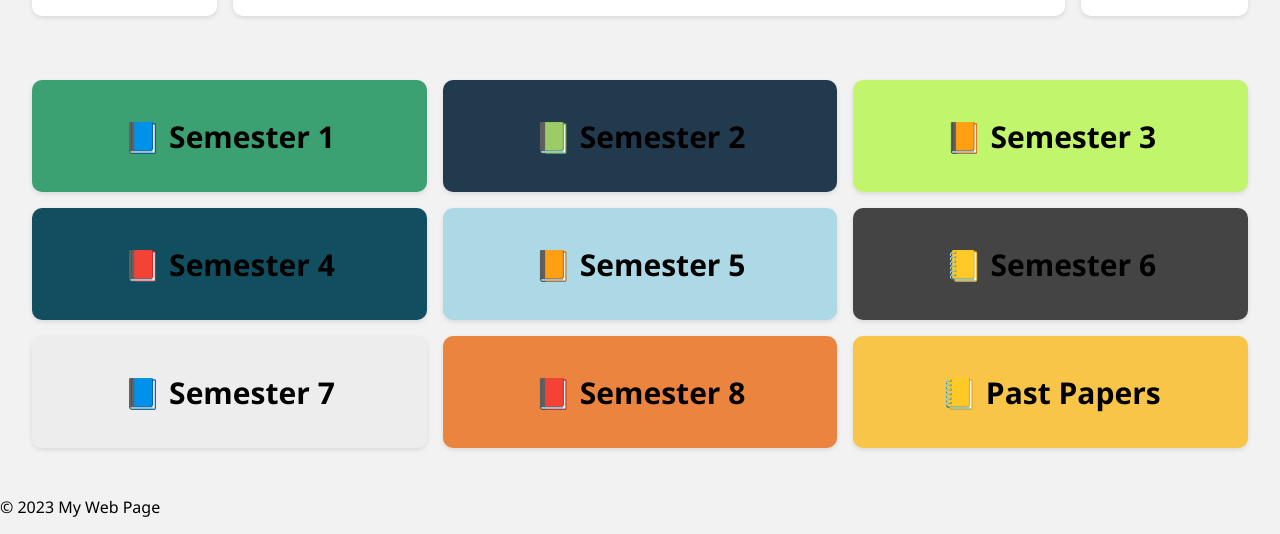
Repository: MariamSawera/eduNova
Page: index.html
The author's editor kept a copy of each file at every save. The page is drawn from the files as they stood at one save, then again after the next save.
The browser window is 1280 px wide. The pictures show the part of the page from y = 1042 to 1576 px (the page is 1576 px tall).

Above is the page before, as saved 2025-07-21 20:17:25.

### index.html
<html>
<head>
    <title>My Web Page</title>
    <meta charset="UTF-8">
    <meta name="viewport" content="width=device-width, initial-scale=1.0">
    <link rel="stylesheet" href="styles.css">
    <script src="script.js"></script>

</head>
<body>
  <nav>
    <div class="logo">ClassHub</div>
    <ul>
      <li><a href="index.html">Home</a></li>
      <!-- <li><a href="#">Semesters</a></li> -->
      <li><a href="#">Subjects</a></li>
      <li><a href="#">Books</a></li>
      <li><a href="#">Resources</a></li>
      <li><a href="#">Assignments</a></li>
      <li><a href="#">Events</a></li>
      <li><a href="#">Contact</a></li>
      <!-- <li><a href="#">Announcements</a></li> -->
      <li><a href="#">Login</a></li>
    </ul>
  </nav>

  <!-- Hero Section -->
  <div class="hero">
    <h1 id="welcome">Hello, Guest 👋</h1>
    <input type="text" id="nameInput" placeholder="Enter your name" oninput="updateName()" />
  </div>

  <!-- Dashboard Section -->
  <div class="dashboard">
    <!-- Announcements -->
    <div class="card">
      <h3>📢 Announcements</h3>
      <ul>
        <li>Assignment Web development due 31 July</li>
        <li>Classes starting from 15 Aug</li>
        <li>Movie Day at University Oct 15</li>
      </ul>
    </div>

    <!-- Calendar -->
    <div class="card">
      <h3>📅 Calendar</h3>
      <p>All the events and updates have been marked in calender.</p>
      <iframe src="https://calendar.google.com/calendar/embed?src=onlinelearningrecordings%40gmail.com&ctz=Asia%2FKarachi" style="border: 0" width="800" height="600" frameborder="0" scrolling="no"></iframe>    </div>

    <!-- Online Users -->
    <div class="card">
      <h3>🟢 Online Users</h3>
      <ul>
        <li>Mariam</li>
        <li>Sidra</li>
        <li>Alishba</li>
      </ul>
    </div>
  </div>

  <!-- Quick Material Access -->
  <div class="quick-links">
    <div class="link-card"  style="background-color: #3CA172;"><a href="firstsemester.html">📘 Semester 1</a></div>
    <div class="link-card" style="background-color: #223A4E;"><a href="">📗 Semester 2</a></div>
    <div class="link-card" style="background-color:  rgb(192, 245, 108);"><a href="">📙 Semester 3</a></div>
    <div class="link-card" style="background-color: #114F60;"><a href="">📕 Semester 4</a></div>
    <div class="link-card" style="background-color: lightblue;"><a href="">📙 Semester 5</a></div>
    <div class="link-card" style="background-color: #444444"><a href="">📒 Semester 6</a></div>
    <div class="link-card" style="background-color: #EDEDED;"><a href="">📘 Semester 7</a></div>
    <div class="link-card" style="background-color: #eb843f;"><a href="">📕 Semester 8</a></div>
    <div class="link-card" style="background-color: #F9C548;"><a href="">📒 Past Papers</a></div>
    <!-- <div class="link-card" style="background-color: #3CA172;"><a href="">🔗 Important Links</a></div> -->
  </div>



    </body>

    <footer class="footer">
        <p>&copy; 2023 My Web Page</p>
    </footer>
</html>

### styles.css
    body {
      margin: 0;
      font-family: 'Segoe UI', sans-serif;
      background: #f2f2f2;
        /* background-color: #B3DDF0; */

    }

    nav {
      background-color: #004466;
      color: white;
      padding: 1rem;
      display: flex;
      justify-content: space-between;
      align-items: center;
    }

    nav .logo {
      font-size: 1.5rem;
      font-weight: bold;
    }

    a {
        text-decoration: none;
        color: inherit;
    }
    nav ul {
      list-style: none;
      display: flex;
      gap: 1rem;
    }

    nav ul li {
      display: inline;
    }

    nav ul li a {
      color: white;
      text-decoration: none;
    }


    .hero {
      /* background: linear-gradient(to right, #00aaff, #00ffcc); */
      background-image: url('./images/okokook.jpg');
      background-position: center;
      color: white;
      padding: 2rem;
      text-align: center;
      height: 20vh;
    }


    .hero input {
      padding: 0.5rem;
      border: none;
      border-radius: 5px;
      margin-top: 1rem;
      width: 200px;
    }

    .dashboard {
      display: grid;
      grid-template-columns: 1fr 1fr 1fr;
      gap: 1rem;
      padding: 2rem;
    }

    .card {
      background: white;
      padding: 1rem;
      border-radius: 10px;
      box-shadow: 0 2px 5px rgba(0,0,0,0.1);
    }

    .quick-links {
      padding: 2rem;
      display: grid;
      grid-template-columns: repeat(3, minmax(150px, 1fr));
      gap: 1rem;
    }

    .link-card{
      display: flex;
      justify-content: center;
      align-items: center;
      font-size: 30px;
      font-weight: bold;


    }

    .quick-links .link-card {
      background: white;
      text-align: center;
      padding: 1rem;
      border-radius: 10px;
      box-shadow: 0 2px 5px rgba(0,0,0,0.1);
      height: 80px;
    }

### script.js
function updateName() {
      const name = document.getElementById('nameInput').value;
      const welcome = document.getElementById('welcome');
      if(name.trim()) {
        welcome.textContent = `Hello, ${name}! 👋`;
      } else {
        welcome.textContent = `Hello, Guest 👋`;
      }
    }

After the next save:
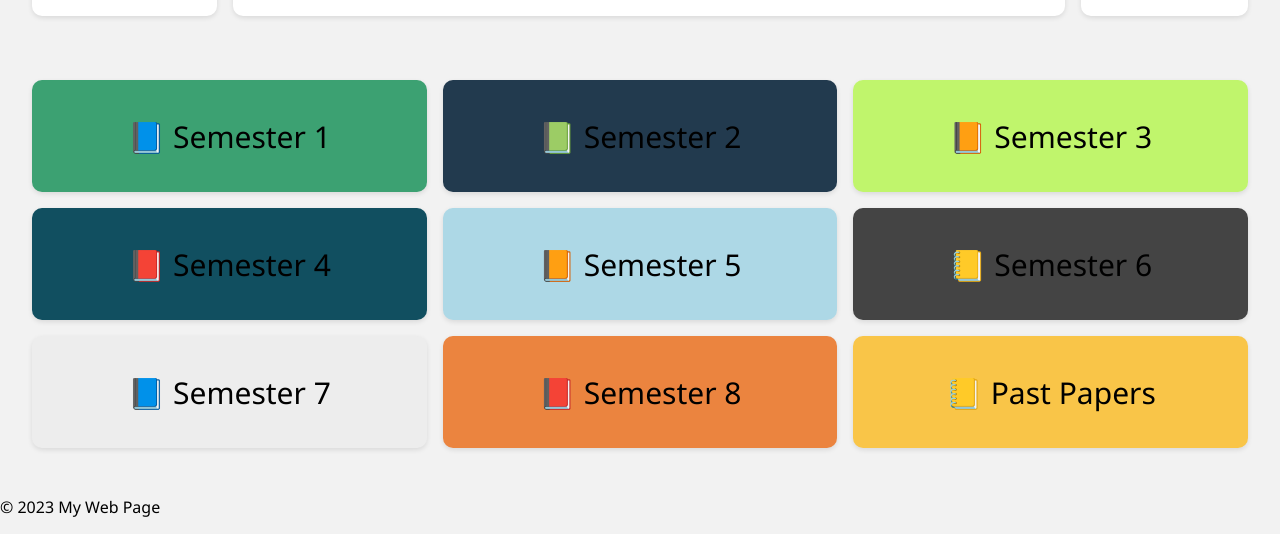
Saved 9 s later.
--- a/styles.css
+++ b/styles.css
@@ -85,7 +85,6 @@
       justify-content: center;
       align-items: center;
       font-size: 30px;
-      font-weight: bold;
 
 
     }
